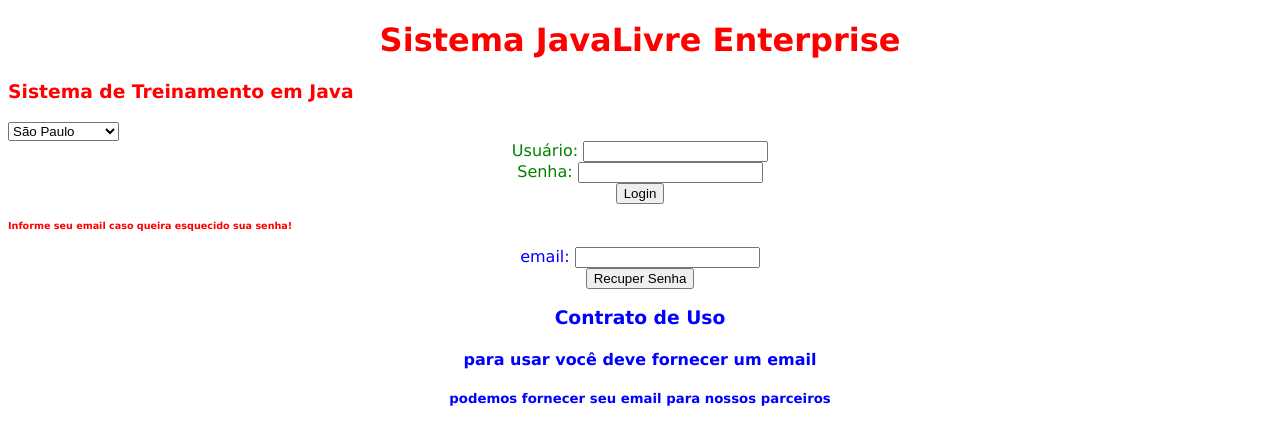
Repository: marciojv/treina-java
Page: workspace/JavaLivre/src/html/login.html
The author's editor kept a copy of each file at every save. The page is drawn from the files as they stood at one save, then again after the next save.
The browser window is 1280 px wide. The pictures show the whole page.

Above is the page before, as saved 2017-06-10 16:08:51.

### workspace/JavaLivre/src/html/login.html
<!DOCTYPE html>
<html>
<head>

<link rel="stylesheet" type="text/css" href="css/javalivre.css">

<style type="text/css">

/*form > select {
    color: yellow;
}
)

select {
    color: yellow;
}
*/


div {
   color: blue;
   text-align: center;
}

h1 {
  text-align: center;
}

#h5recupera {
  font-size: 60%;
}

.contrato {
    text-align: center;
    color: blue;
}

</style>


<meta charset="UTF-8">
<title>Login</title>
</head>
<body>
<h1>Sistema JavaLivre Enterprise</h1>
<h3>Sistema de Treinamento em Java</h3>

<form id="form1" action="login.html">

<select name="estado" >
  <option value="PR">Paraná</option>
  <option value="SC">Santa Catarina</option>
  <option selected value="SP">São Paulo</option>
</select>

<div id="divlogin" style="color:green" >
Usuário: <input type="text" name="login"><br>
Senha:   <input type="text" name="senha"><br>
         <input type="submit" value="Login"><br>
</div>

</form>

<h5 id="h5recupera" >Informe seu email caso queira esquecido sua senha!</h5>
<div id="divrecupera">
<form action="login.html">
email: <input type="email" name="email"><br>
       <input type="submit" value="Recuper Senha"><br>
</form>
</div>

<h3 class="contrato" >Contrato de Uso</h3>
<h4 class="contrato" >para usar você deve fornecer um email</h4>
<h5 class="contrato" >podemos fornecer seu email para nossos parceiros</h5>

</body>




</html>

### workspace/JavaLivre/src/html/css/javalivre.css
@CHARSET "UTF-8";

body {
  color: red;
  font-family: verdana;
}

After the next save:
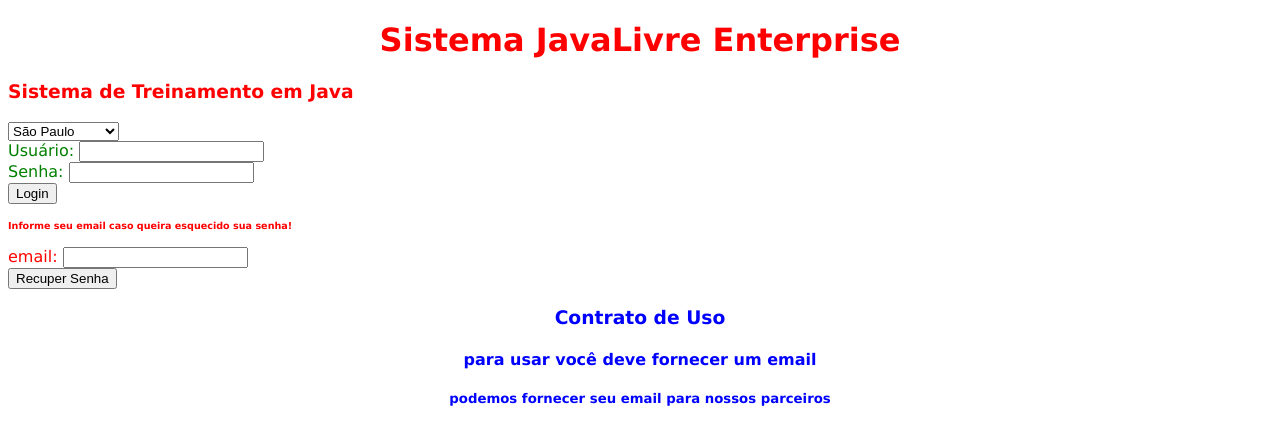
Saved 114 s later.
--- a/workspace/JavaLivre/src/html/login.html
+++ b/workspace/JavaLivre/src/html/login.html
@@ -6,7 +6,12 @@
 
 <style type="text/css">
 
-/*form > select {
+input:disabled
+
+/*
+
+
+form > select {
     color: yellow;
 }
 )

After the save that followed:
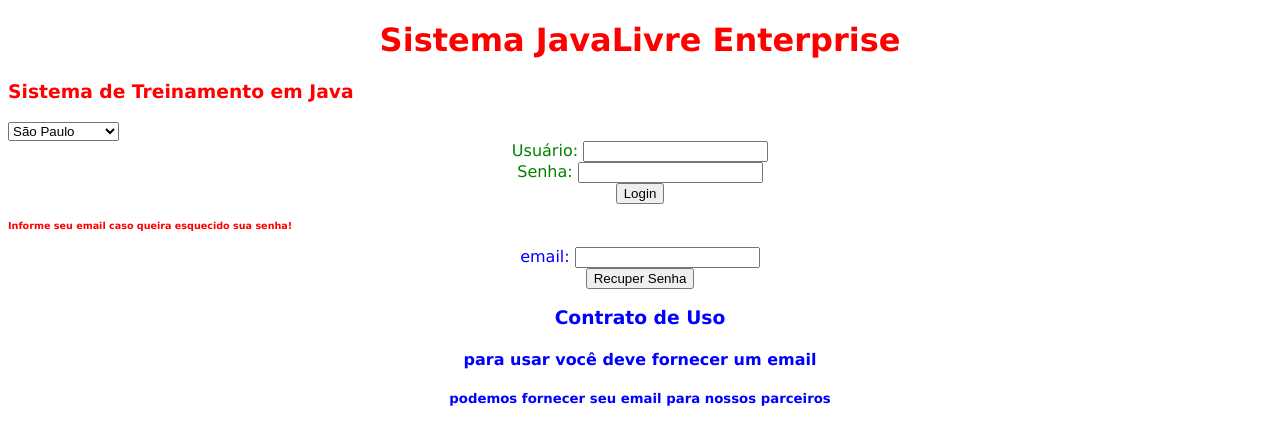
Saved 2 min 3 s later.
--- a/workspace/JavaLivre/src/html/login.html
+++ b/workspace/JavaLivre/src/html/login.html
@@ -8,13 +8,17 @@
 
 input:disabled
 
+form select {
+    color: yellow;
+}
+
 /*
+
 
 
 form > select {
     color: yellow;
 }
-)
 
 select {
     color: yellow;
